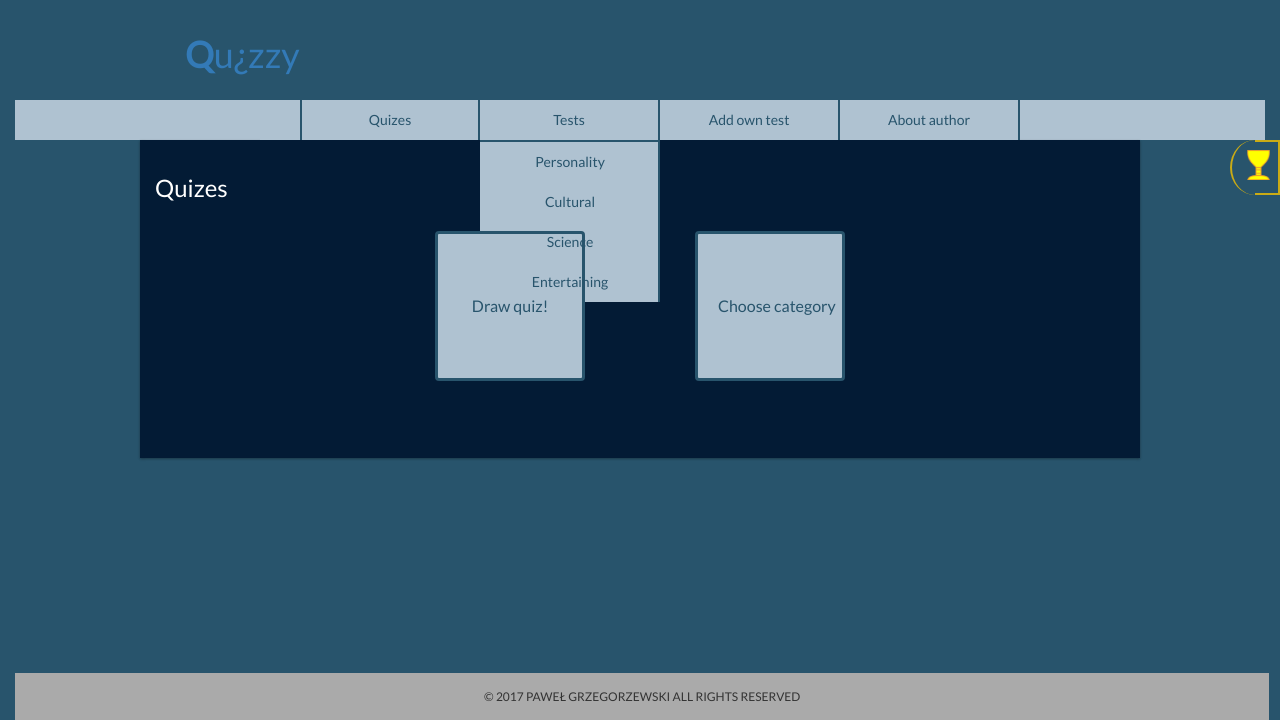
Repository: pgrzegorzewski/quiz
Page: http://localhost/app/quiz.php
These files come from the project's save history. The page is drawn as it stood at one moment and after the next save; the edit follows.
The browser window is 1280 px wide. The pictures show the whole page.
Some web libraries are served in a nearby version. The page is run by PHP 8.4 with error messages shown; the project is at /var/www/html/.

Above is the page before, as saved 2017-04-22 12:42:14.

After the next save:
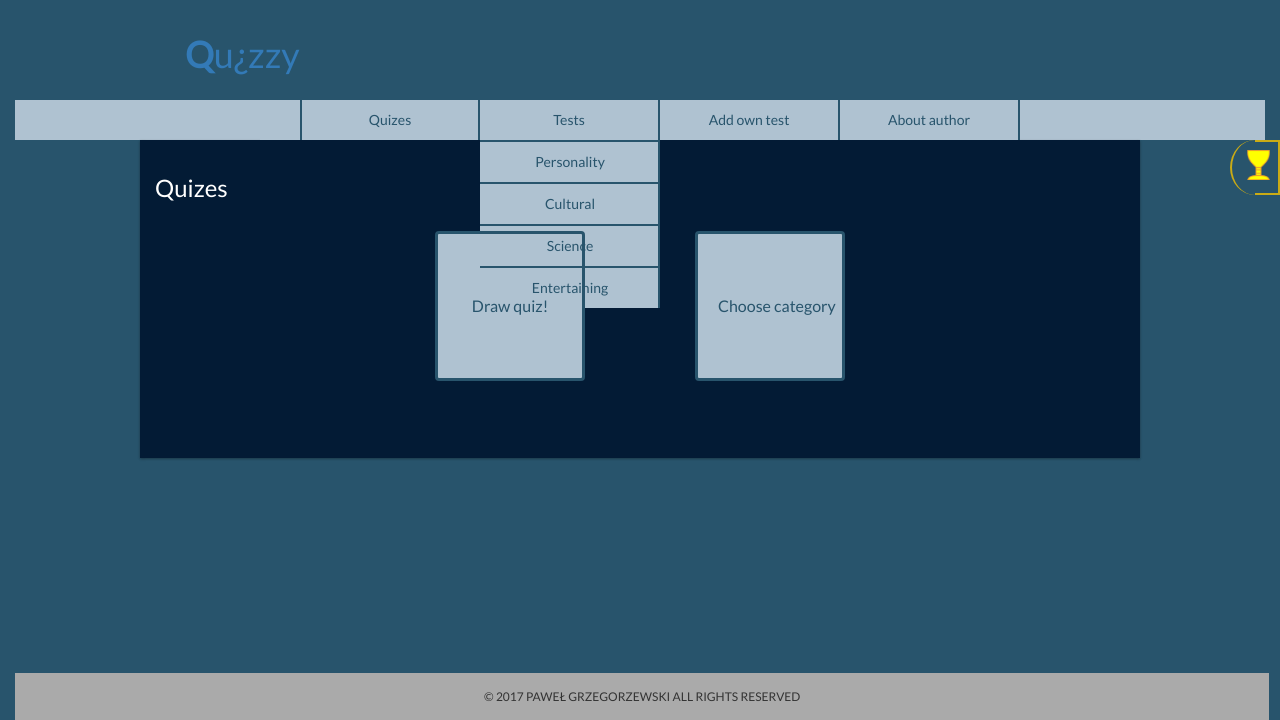
Saved 12 s later.
--- a/htdocs/app/learningapp/css/index.css
+++ b/htdocs/app/learningapp/css/index.css
@@ -178,7 +178,7 @@ ol > li > ul
 	margin:0 auto;
 }
 
-ol > li > ul
+ol > li > ul >li
 {
 	border-top: 2px solid #28546C;
 }
